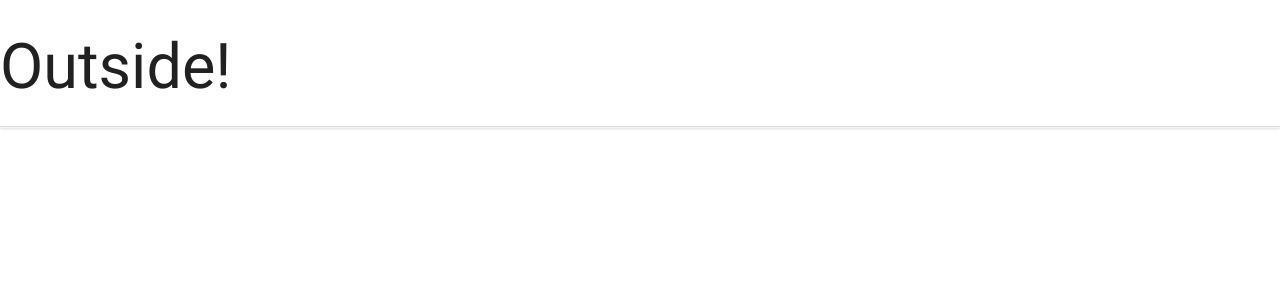
Repository: stephyraju/task-manager
Page: http://localhost/
The author's editor kept a record of every edit. The page is drawn from the files as they stood at one moment, then again after the next edit.
The browser window is 1280 px wide. The pictures show the whole page.
Some web libraries are served in a nearby version. The page is served by the project's application, run on Flask 3 (app.py). Queries for data that is not in the repository find no rows.

Above is the page before.

After the next edit:
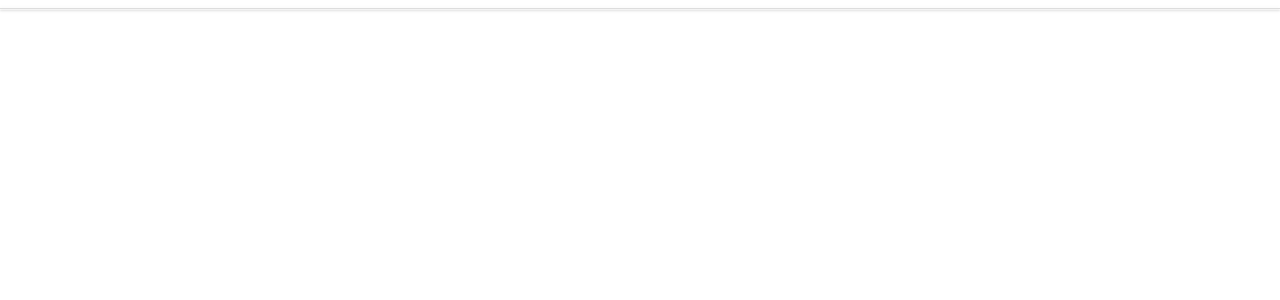
Console error: TypeError: Cannot read properties of null (reading 'addEventListener')
The edit:
--- a/templates/base.html
+++ b/templates/base.html
@@ -1,18 +1,35 @@
 <!DOCTYPE html>
 <html>
-    <head>
+
+<head>
     <link href="https://fonts.googleapis.com/icon?family=Material+Icons" rel="stylesheet">
-    <link rel="stylesheet"  href="https://cdnjs.cloudflare.com/ajax/libs/materialize/0.100.2/css/materialize.min.css">
-    </head>
-    <body>
-        <h1>Outside!</h1>
-        {% block content %}
-        {% endblock %}
-        <script src="https://cdnjs.cloudflare.com/ajax/libs/jquery/3.2.1/jquery.min.js"></script>
-        <script src="https://cdnjs.cloudflare.com/ajax/libs/materialize/0.100.2/js/materialize.min.js"></script>
-       <script type="text/javascript">
-       $(document).ready(function(){
-    $('.collapsible').collapsible();
-  });</script>
-    </body>
+    <link rel="stylesheet" href="https://cdnjs.cloudflare.com/ajax/libs/materialize/0.100.2/css/materialize.min.css">
+</head>
+
+<body>
+    {% block content %} {% endblock %}
+
+    <script src="https://cdnjs.cloudflare.com/ajax/libs/jquery/3.2.1/jquery.min.js"></script>
+    <script src="https://cdnjs.cloudflare.com/ajax/libs/materialize/0.100.2/js/materialize.min.js"></script>
+    <script type="text/javascript">
+        $(document).ready(function() {
+            $('.collapsible').collapsible();
+        });
+
+        $('.datepicker').pickadate({
+            selectMonths: true, // Creates a dropdown to control month
+            selectYears: 15, // Creates a dropdown of 15 years to control year,
+            today: 'Today',
+            clear: 'Clear',
+            close: 'Ok',
+            closeOnSelect: false // Close upon selecting a date,
+        });
+
+        document.getElementById("matfix").addEventListener("click", function(e) {
+	e.stopPropagation();
+});
+
+    </script>
+</body>
+
 </html>
